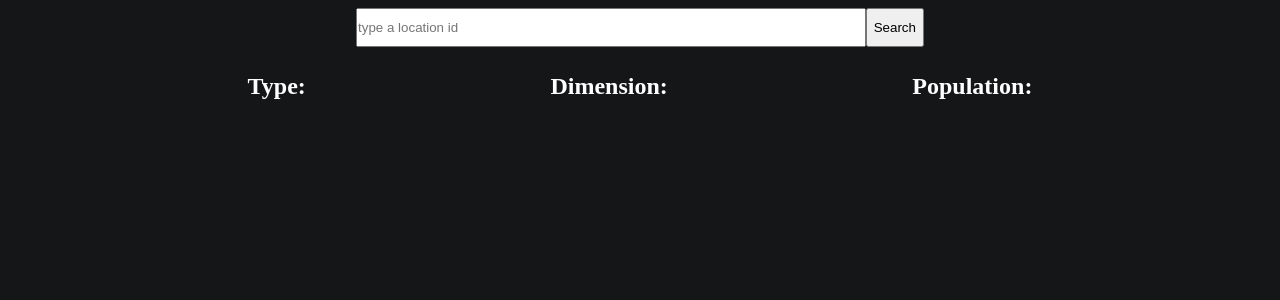
Repository: RobertAries28/ApiRickyMortin
Page: /
The author's editor kept a copy of each file at every save. The page is drawn from the files as they stood at one save, then again after the next save.
The browser window is 1280 px wide. The pictures show the whole page.
The page's requests for data from a server got no answer. The project was rebuilt for these pictures with package versions that can differ from the ones it lists, and the page was loaded fresh each time. No one was signed in, and anything a server would have sent is missing. Also part of the build but not shown: src/ResidentInfo.js.

Above is the page before, as saved 2022-04-29 09:51:28.

After the next save:
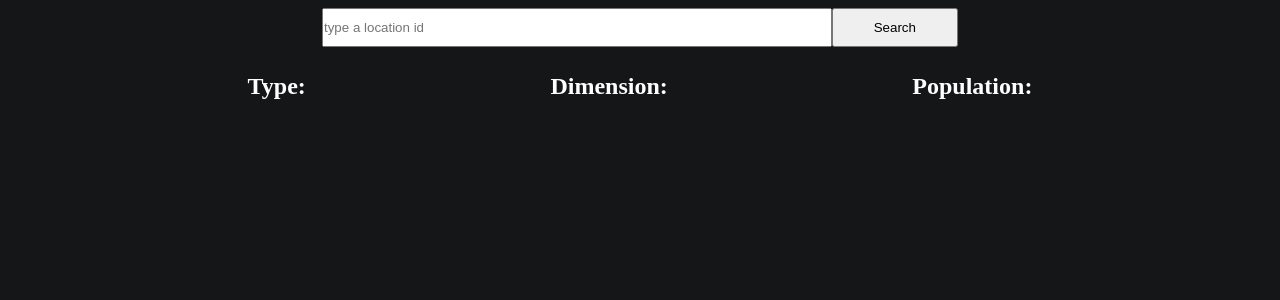
Saved 36 s later.
--- a/src/index.css
+++ b/src/index.css
@@ -78,3 +78,7 @@ body{
   width: 40%;
   padding: 10px 0;
 }
+
+.searchBox button{
+  width: 10%;
+}
